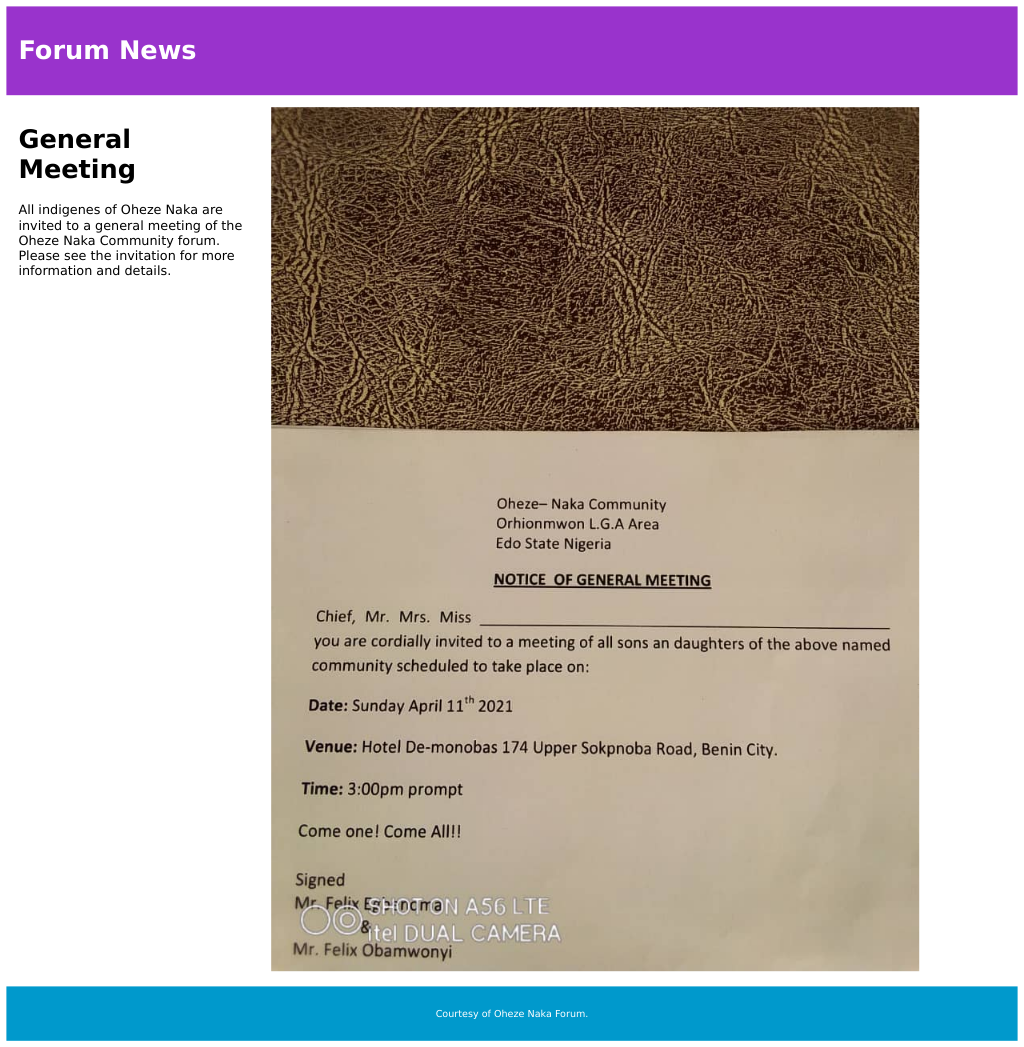
Repository: OtasowieRotimiOsifo/oheze-naka-forum
Page: activities.html
These files come from the project's save history. The page is drawn as it stood at one moment and after the next save; the edit follows.
The browser window is 1280 px wide. The pictures show the whole page, at 80% of full size.

Above is the page before, as saved 2021-03-20 21:25:56.

### activities.html
<!DOCTYPE html>
<html lang="en">
<head>
     <title>Oheze Naka Forum</title>

<meta name="viewport" content="width=device-width, initial-scale=1.0">

<style>
* {
  box-sizing: border-box;
}

.row::after {
  content: "";
  clear: both;
  display: table;
}

[class*="col-"] {
  float: left;
  padding: 15px;
}

img {
  max-width: 100%;
}

html {
  font-family: "Lucida Sans", sans-serif;
}

.header {
  background-color: #9933cc;
  color: #ffffff;
  padding: 15px;
}

.menu ul {
  list-style-type: none;
  margin: 0;
  padding: 0;
}

.menu li {
  padding: 8px;
  margin-bottom: 7px;
  background-color: #33b5e5;
  color: #ffffff;
  box-shadow: 0 1px 3px rgba(0,0,0,0.12), 0 1px 2px rgba(0,0,0,0.24);
}

.menu li:hover {
  background-color: #0099cc;
}

.aside {
  background-color: #33b5e5;
  padding: 15px;
  color: #ffffff;
  text-align: center;
  font-size: 14px;
  box-shadow: 0 1px 3px rgba(0,0,0,0.12), 0 1px 2px rgba(0,0,0,0.24);
}

.footer {
  background-color: #0099cc;
  color: #ffffff;
  text-align: center;
  font-size: 12px;
  padding: 15px;
}

/* For mobile phones: */
[class*="col-"] {
  width: 100%;
}

@media only screen and (min-width: 600px) {
  /* For tablets: */
  .col-s-1 {width: 8.33%;}
  .col-s-2 {width: 16.66%;}
  .col-s-3 {width: 25%;}
  .col-s-4 {width: 33.33%;}
  .col-s-5 {width: 41.66%;}
  .col-s-6 {width: 50%;}
  .col-s-7 {width: 58.33%;}
  .col-s-8 {width: 66.66%;}
  .col-s-9 {width: 75%;}
  .col-s-10 {width: 83.33%;}
  .col-s-11 {width: 91.66%;}
  .col-s-12 {width: 100%;}
}
@media only screen and (min-width: 768px) {
  /* For desktop: */
  .col-1 {width: 8.33%;}
  .col-2 {width: 16.66%;}
  .col-3 {width: 25%;}
  .col-4 {width: 33.33%;}
  .col-5 {width: 41.66%;}
  .col-6 {width: 50%;}
  .col-7 {width: 58.33%;}
  .col-8 {width: 66.66%;}
  .col-9 {width: 75%;}
  .col-10 {width: 83.33%;}
  .col-11 {width: 91.66%;}
  .col-12 {width: 100%;}
}
</style>

</head>
<body>
  <div class="header">
    <h1>Forum News</h1>
  </div>
<div class="row">

<div class="col-3 col-s-3">
  <h1>General Meeting</h1>
  <span> All indigenes of Oheze Naka are invited to a general meeting of the Oheze Naka Community forum. </span>
  <span>Please see the invitation for more information and details.</span>
</div>
<div class="col-8 col-s-9">
  <img src="img/invitation.jpeg"/>
</div>
</div>
<div class="footer">
  <p>Courtesy of Oheze Naka Forum.</p>
</div>
</body>
</html>

After the next save:
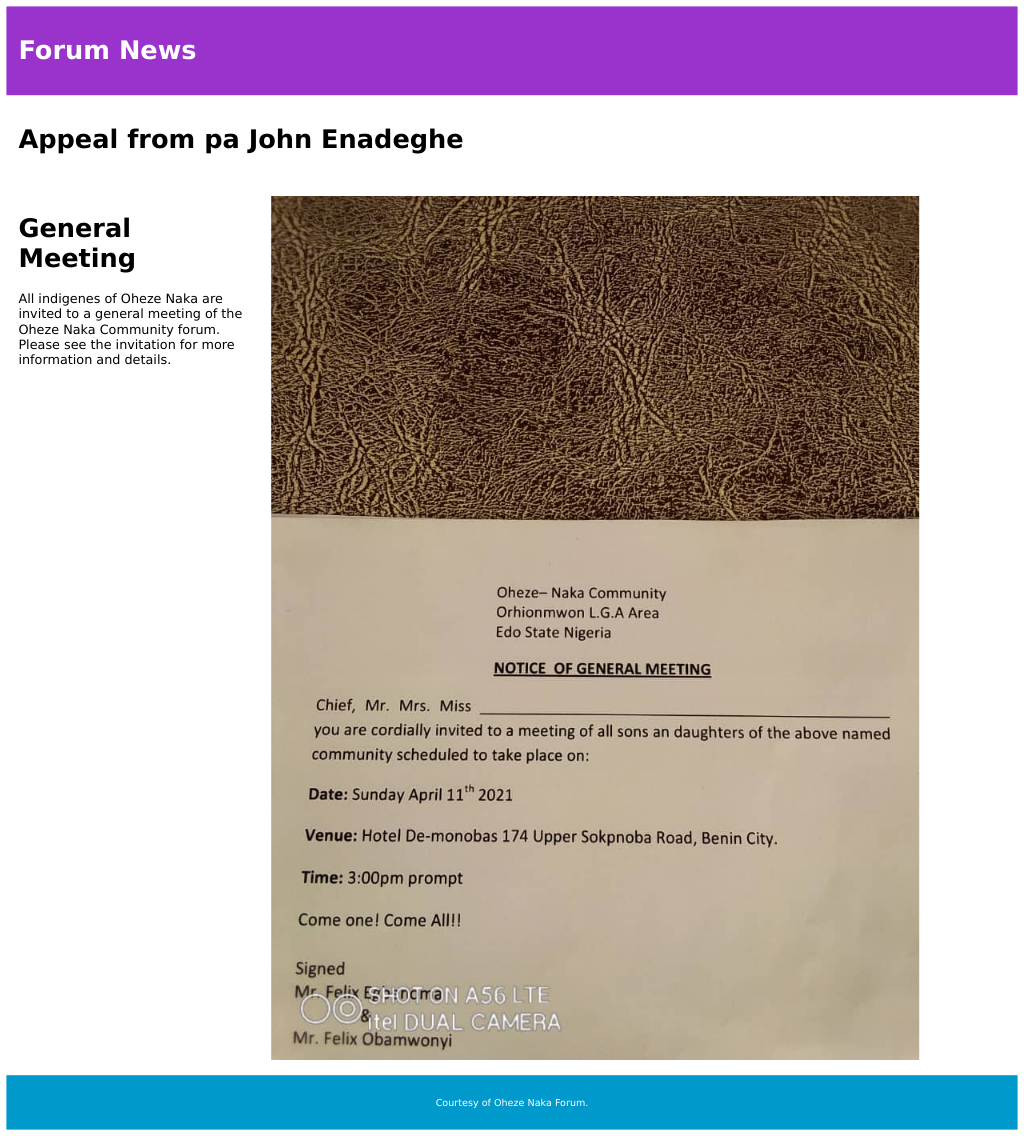
Saved 3 min 2 s later.
--- a/activities.html
+++ b/activities.html
@@ -113,7 +113,11 @@ html {
     <h1>Forum News</h1>
   </div>
 <div class="row">
-
+  <div class="row">
+    <div class="col-8 col-s-12">
+      <h1>Appeal from pa John Enadeghe</h1>
+    </div>
+    </div>
 <div class="col-3 col-s-3">
   <h1>General Meeting</h1>
   <span> All indigenes of Oheze Naka are invited to a general meeting of the Oheze Naka Community forum. </span>
